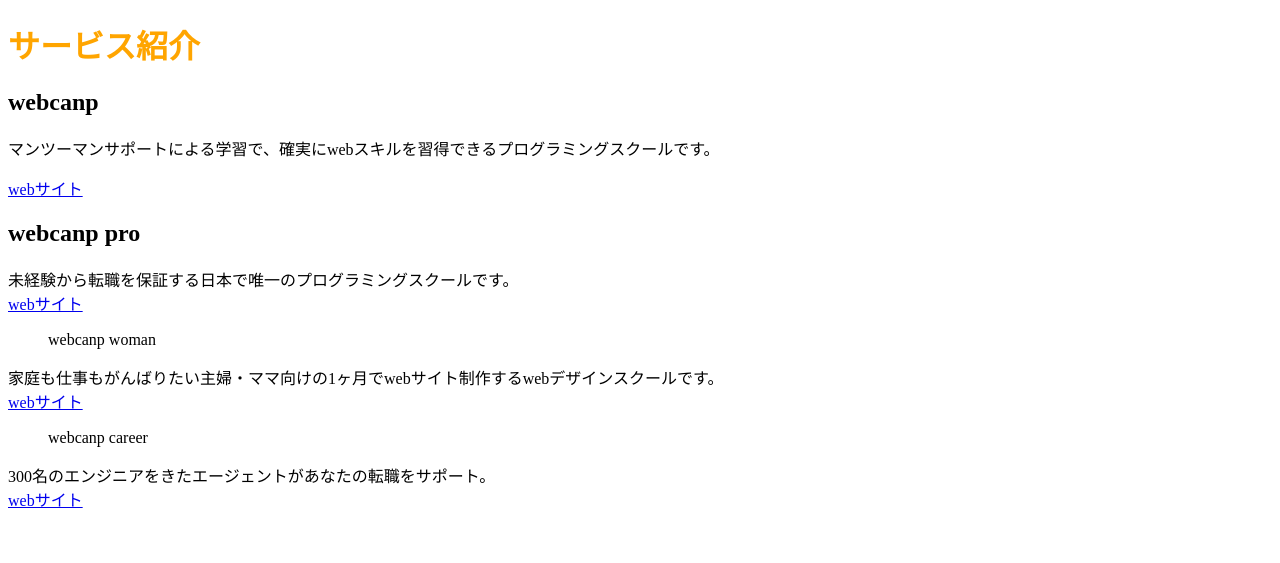
Repository: itoudaiki/git-practice
Page: sample/sample.html
The author's editor kept a record of every edit. The page is drawn from the files as they stood at one moment, then again after the next edit.
The browser window is 1280 px wide. The pictures show the whole page.

Above is the page before.

### sample/sample.html
<!DOCTYPE HTML>
<html lang="ja">
  <head>
    <meta charset="UTF-8" />
    <title>初めてのHTML</title>
    <link rel="stylesheet" href="style.css" />
  </head>
  <h1>サービス紹介</h1>
  <body>
  <h2>webcanp</h2>
  <p>マンツーマンサポートによる学習で、確実にwebスキルを習得できるプログラミングスクールです。</p>
  <a href="https://web-camp.io/">webサイト</a>
   <h2>webcanp pro</h2>
  <a>未経験から転職を保証する日本で唯一のプログラミングスクールです。</a>
  <br>
  <a href="https://web-camp.io/">webサイト</a>
  <ul>webcanp woman</ul>
  <a>家庭も仕事もがんばりたい主婦・ママ向けの1ヶ月でwebサイト制作するwebデザインスクールです。</a>
  <br>
  <a href="https://web-camp.io/">webサイト</a>
  <ul>webcanp career</ul>
  <a>300名のエンジニアをきたエージェントがあなたの転職をサポート。</a>
  <br>
  <a href="https://web-camp.io/">webサイト</a>
  </body>
</html>

### sample/style.css
h1 {
    color:orange;
}

After the next edit:
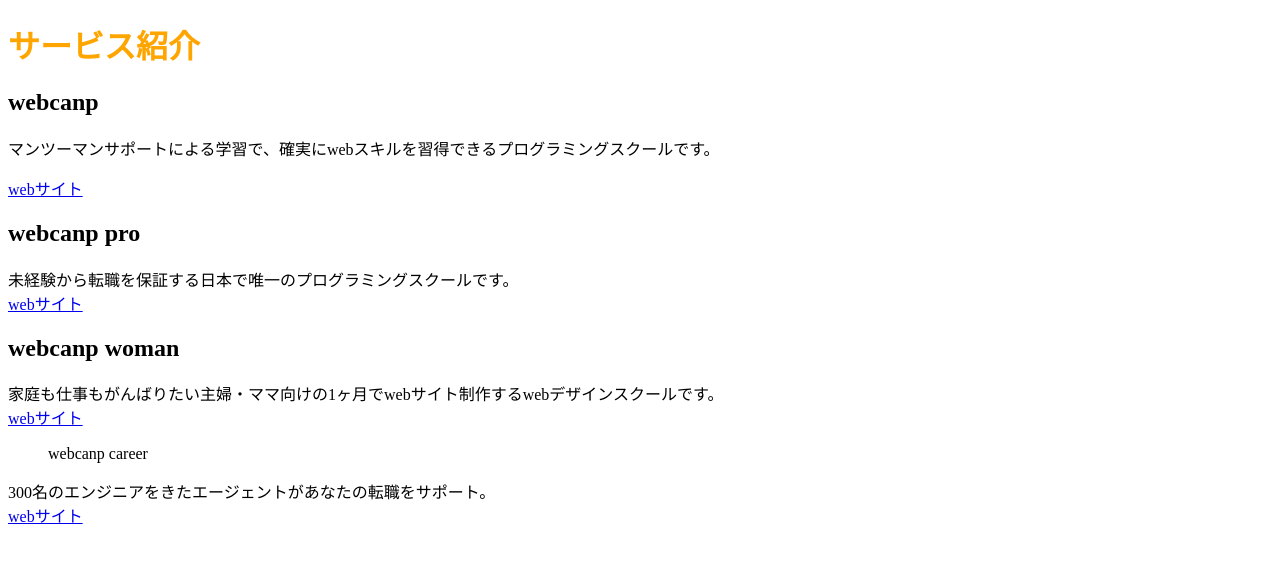
The edit:
--- a/sample/sample.html
+++ b/sample/sample.html
@@ -14,7 +14,7 @@
   <a>未経験から転職を保証する日本で唯一のプログラミングスクールです。</a>
   <br>
   <a href="https://web-camp.io/">webサイト</a>
-  <ul>webcanp woman</ul>
+  <h2>webcanp woman</h2>
   <a>家庭も仕事もがんばりたい主婦・ママ向けの1ヶ月でwebサイト制作するwebデザインスクールです。</a>
   <br>
   <a href="https://web-camp.io/">webサイト</a>
